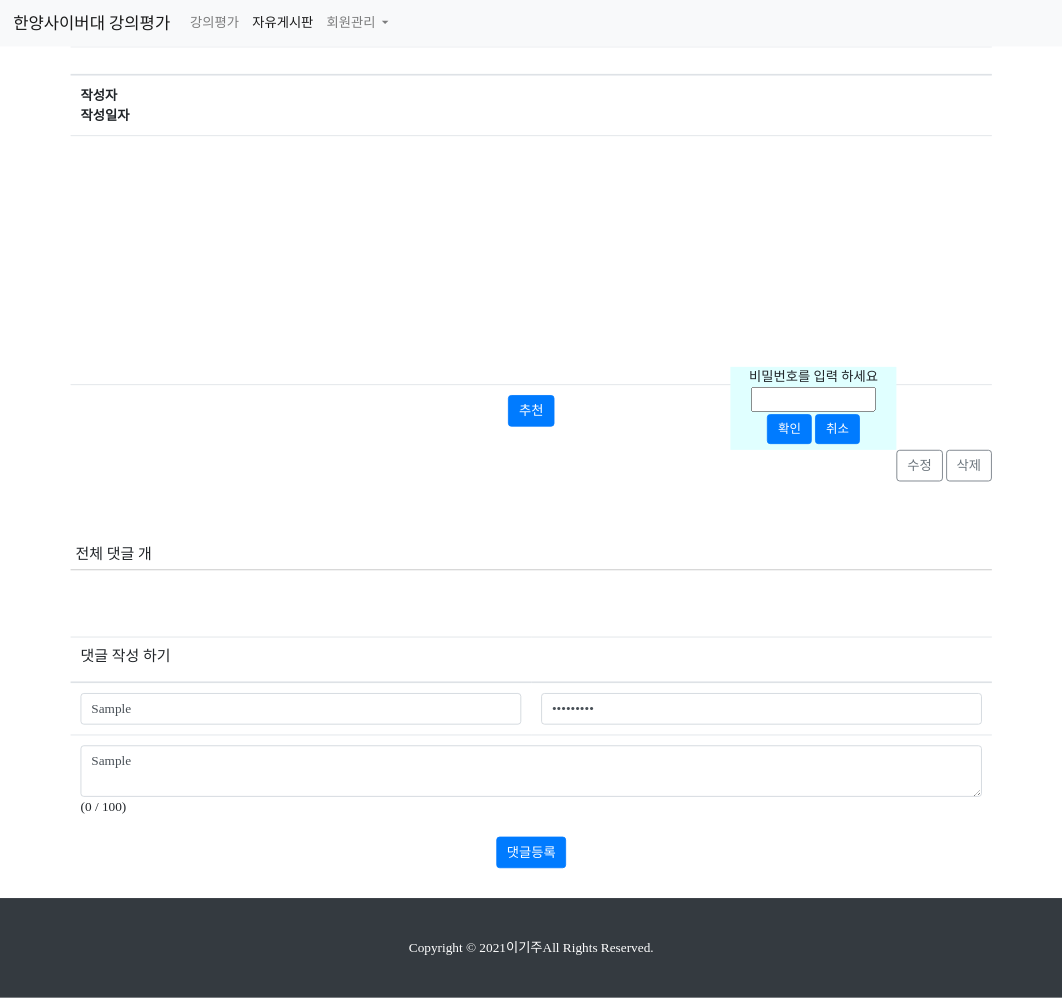
Repository: lkjjjang/hycu
Page: http://localhost/hycujjang/viewMobile.jsp
An editor plug-in stored every save of this project. The page is shown before and after the next save, followed by the edit.
The browser window is 1280 px wide. The pictures show the whole page, at 83% of full size.
Empty fields were first filled with sample values (such as "Sample", 5 or name@example.com).
After loading, the first visible `#contentModify` was clicked once.
Some web fonts or font styles are not loaded; a fallback is used. The page is served by Tomcat 9. Nobody is signed in. The application's start-up code is not run. The template is opened directly, without the code that normally fills it, so the values that code supplies are empty.

Above is the page before, as saved 2022-01-05 17:31:37.
Console error (its wording comes from the project's code and is left out).

After the next save:
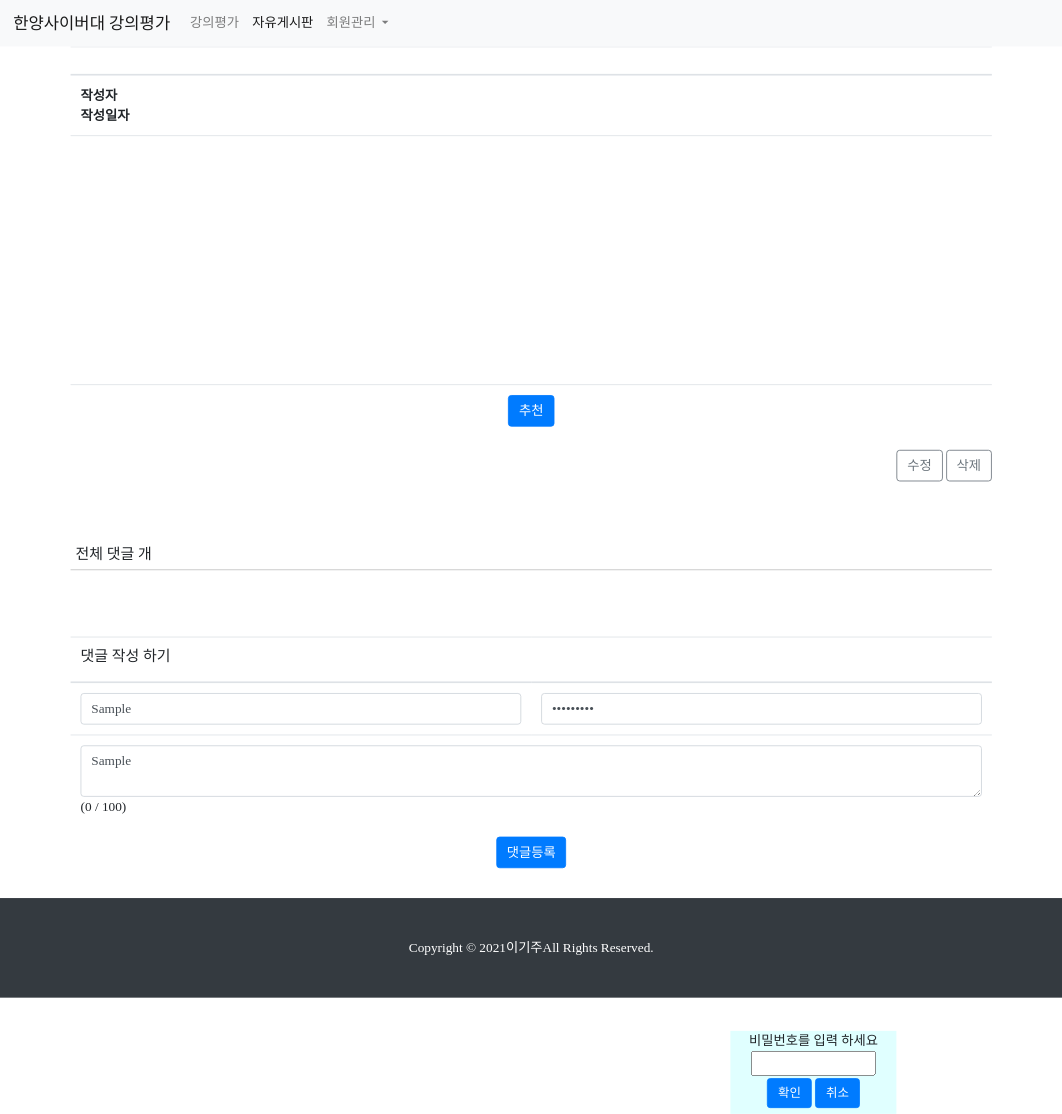
Saved 2 min 18 s later.
--- a/hycujjang/WebContent/viewMobile.jsp
+++ b/hycujjang/WebContent/viewMobile.jsp
@@ -259,7 +259,7 @@
 			var lay_pop = $('#msgArea');
 			var pos = $('#'+ id +'').position(); // 버튼의 위치에 레이어를 띄우고자 할 경우, 위치 정보 가져옴
 			var x = pos.left - 200;
-			var y = pos.top - 100;
+			var y = pos.top - 100 + 800;
 			console.log(pos);
 			lay_pop.css('left', (x) + 'px'); // 레이어 위치 지정
 			lay_pop.css('top', (y) + 'px');

After the save that followed:
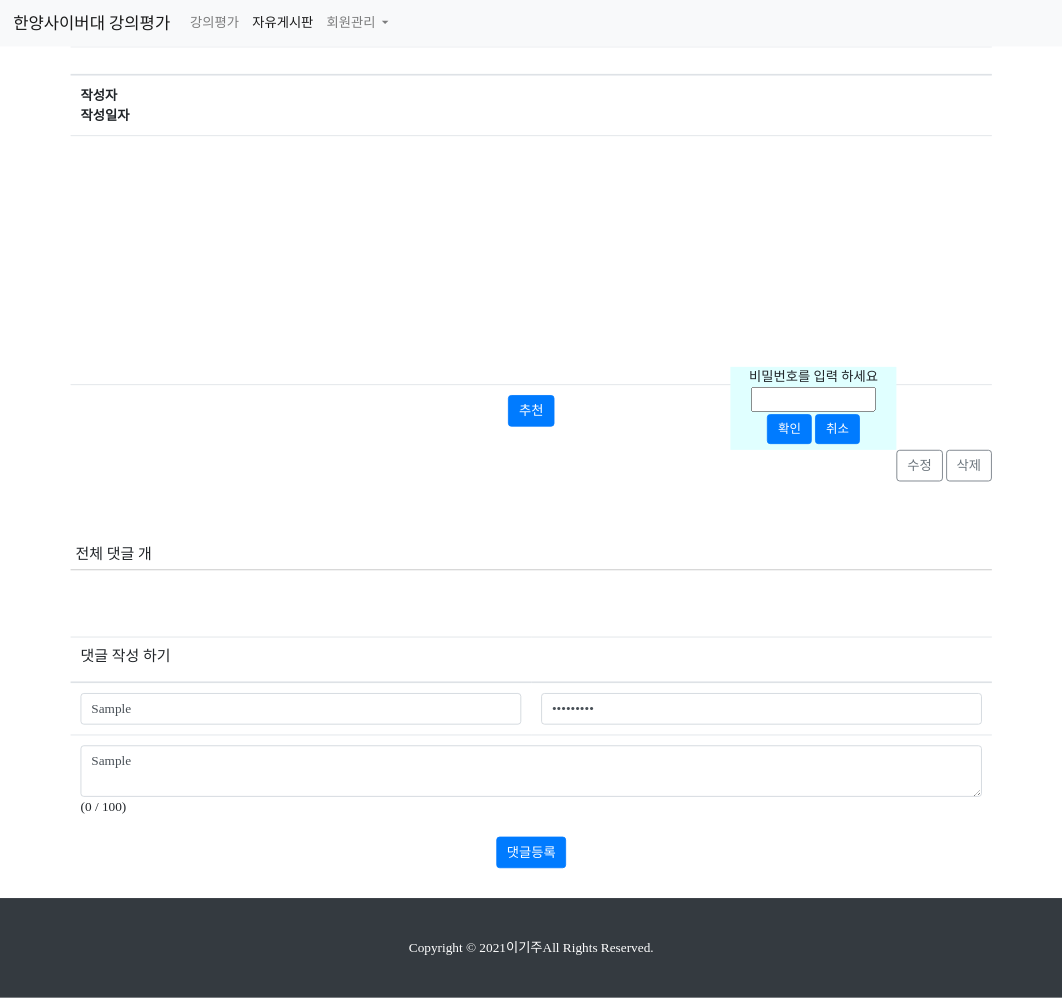
Saved 72 s later.
--- a/hycujjang/WebContent/viewMobile.jsp
+++ b/hycujjang/WebContent/viewMobile.jsp
@@ -259,7 +259,7 @@
 			var lay_pop = $('#msgArea');
 			var pos = $('#'+ id +'').position(); // 버튼의 위치에 레이어를 띄우고자 할 경우, 위치 정보 가져옴
 			var x = pos.left - 200;
-			var y = pos.top - 100 + 800;
+			var y = pos.top - 100;
 			console.log(pos);
 			lay_pop.css('left', (x) + 'px'); // 레이어 위치 지정
 			lay_pop.css('top', (y) + 'px');
